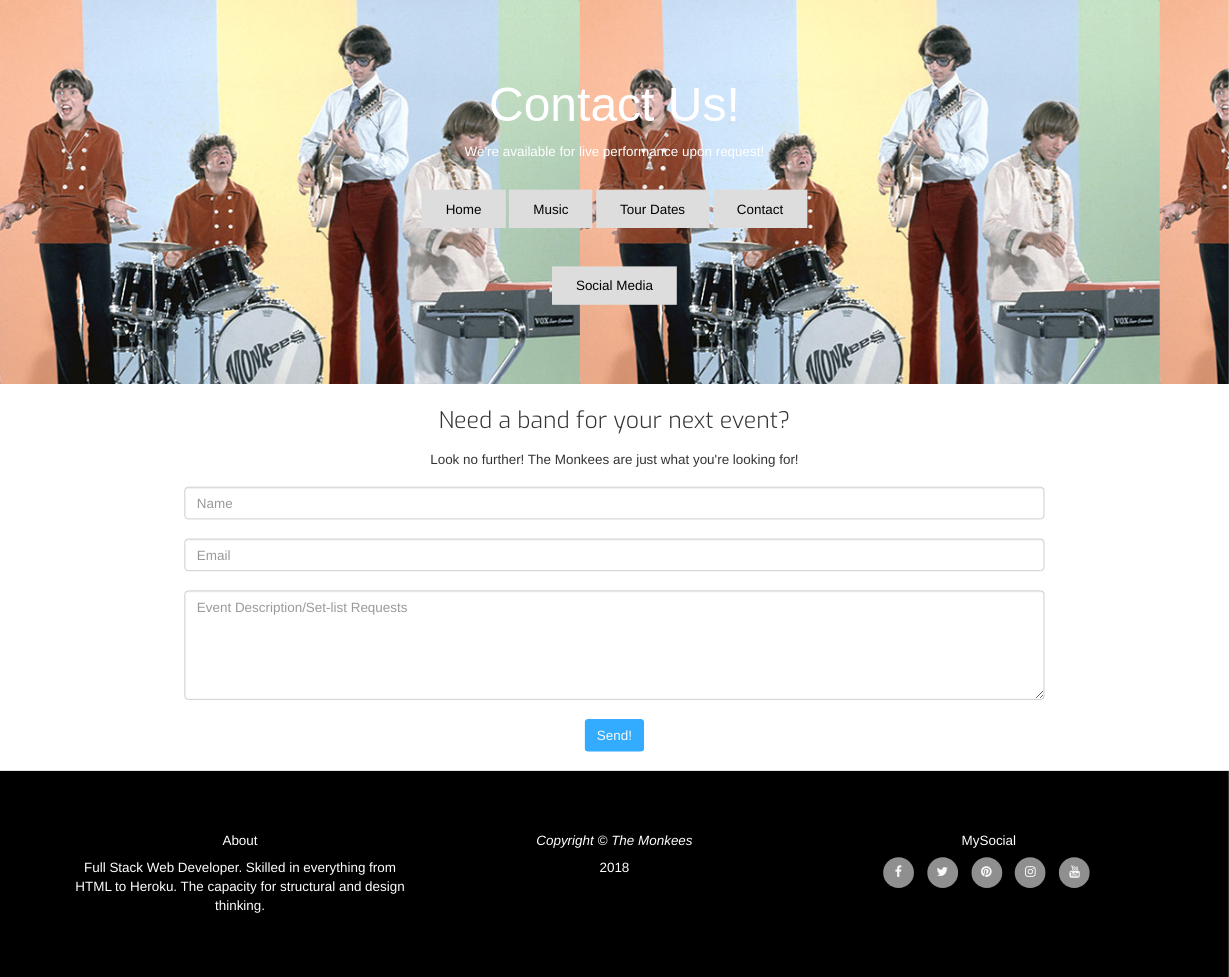
Repository: MartinCurran28/Monkees_Project
Page: Contact.html
The author's editor kept a record of every edit. The page is drawn from the files as they stood at one moment, then again after the next edit.
The browser window is 1280 px wide. The pictures show the whole page, at 96% of full size.
Some web libraries are served in a nearby version.

Above is the page before.

### Contact.html
<!DOCTYPE html>
<html>
    <head>
        <title>The Surfin' Grooves</title>
        <link rel="stylesheet" href="https://maxcdn.bootstrapcdn.com/bootstrap/3.3.7/css/bootstrap.min.css" type="text/css" />
        <link rel="stylesheet" href="https://maxcdn.bootstrapcdn.com/font-awesome/4.7.0/css/font-awesome.min.css" type="text/css" />
        <link rel="stylesheet" href="https://cdnjs.cloudflare.com/ajax/libs/hover.css/2.1.1/css/hover-min.css" type="text/css" />
        <link rel="stylesheet" href="Style.css" type="text/css" />
    </head>

<body>

  <header class="logo">
        <div class="hero-image">
          <div class="hero-text">
            <h1 style="font-size:50px">Contact Us!</h1>
              <p>We're available for live performance upon request!</p>
              <a href="Index.html">
                <button>Home</button>
              </a>
              <a href="Index.html">
                <button>Music</button>
              </a>
              <a href="Index.html">
                <button>Tour Dates</button>
              </a>
              <a href="Index.html">
                <button>Contact</button>
              </a>
              <a href="Social.html">
                  <button>Social Media</button>
              </a>
          </div>
        </div>
  </header>

  <section class="container-fluid">
        <div class="row bg-color-contact">
            <div>
                 <h3 class="contact-heading uppercase text-center">Need a band for your next event?</h3>
                 <h5 class="uppercase text-center">Look no further! The Monkees are just what you're looking for!</h5>
            </div>
            <div class="center-form">
              <form>
                <input type="text" name="name" class="form-control" id="fullname" placeholder="Name" required/>
                <input type="text" name="emailaddress" class="form-control" id="emailaddress" placeholder="Email" required/>
                <textarea rows="5" name="projectsummary" class="form-control" id="projectsummary" placeholder="Event Description/Set-list Requests" required></textarea>
                <button type="submit" class="btn btn-secondary center center-block">Send!</button>
              </form>
        </div>
      </section>
<footer>
  <div id="footer-details" class="row">
            <div class="col-sm-4">
                <h5 class="uppercase general-sub">About</h5>
                <p class="inline-block">
                    Full Stack Web Developer. Skilled in everything from HTML to Heroku.
                    The capacity for structural and design thinking.
                </p>
            </div>
            <div class="col-sm-4">
                <h5 class="uppercase general-sub"><i>Copyright &copy; The Monkees</i></h5>
                <p class="inline-block">2018</p>
            </div>
            <div class="col-sm-4">
                <h5 class="uppercase general-sub">MySocial</h5>
                <p class="inline-block">
                    <ul class="list-inline social-links">
                        <li><a href="https://www.facebook.com/TheMonkees/" target="_blank" href="#"><i class= "fa fa-facebook" aria-hidden="true"></i></a></li>
                        <li><a href="https://twitter.com/themonkees?lang=en" target="_blank" href="#"><i class= "fa fa-twitter" aria-hidden="true"></i></a></li>
                        <li><a href="https://www.pinterest.ie/edwardelricfan/the-monkees/" target="_blank" href="#"><i class= "fa fa-pinterest" aria-hidden="true"></i></a></li>
                        <li><a href="https://www.instagram.com/themonkees/" target="_blank" href="#"><i class= "fa fa-instagram" aria-hidden="true"></i></a></li>
                        <li><a href="https://www.youtube.com/channel/UCv1oY0OLtsEySHeP1TkYNqA" target="_blank" href="#"><i class= "fa fa-youtube" aria-hidden="true"></i></a></li>
                    </ul>
                </p>
            </div>
        </div>
</footer>

### Style.css
@import url('https://fonts.googleapis.com/css?family=Roboto:100,200,300,400,500,600,700|Exo: 100,200,300,400,500,600,700');

/*---------------------------------------------------bg-color------------*/

.bg-color-monkee-history{
    background-color: #33ACFF;
}

.bg-color-tour{
    background-color: #808000;

}

/*---------------------------------------------------Header---------------*/

h1,h2,h3,h4{
    font-family: "cursive", sans-serif;
}

body, html {
    height: 100%;
    margin: 0;
}

.logo{
    background-image:url("fun.jpg");
    background-size: contain;
    position: relative;
    height: 600;
    width 400;
}

.hero-image {
  height: 50%;
  background-position: center;
  background-repeat: no-repeat;
  background-size: cover;
  position: relative;
}

.hero-text {
  text-align: center;
  position: absolute;
  top: 50%;
  left: 50%;
  transform: translate(-50%, -50%);
  color: white;
}

.hero-text button {
  border: none;
  outline: 0;
  display: inline-block;
  padding: 10px 25px;
  color: black;
  background-color: #ddd;
  text-align: center;
  cursor: pointer;
  margin-bottom: 20px;
  margin-top: 20px;
}

.hero-text button:hover {
  background-color: #555;
  color: white;

}

div.container {
    width: 100%;
    border: 1px solid gray;
}

header{
    padding: 200px;
    color: white;
    background-color: black;
    clear: left;
    text-align: center;
}

/*-----------------------------------------------------------------Music Gallery--*/

div.gallery {
    margin: 5px;
    border: 1px solid #ccc;
    float: left;
    width: 180px;
}

div.gallery:hover {
    border: 1px solid #777;
}

div.gallery img {
    width: 100%;
    height: auto;
}

div.desc {
    padding: 15px;
    text-align: center;
}

/*----------------------------------------------------------------------Work History*/

.timeline-item{
    padding: 4em 2em 0em 2em;
    position: relative;
    border-left: 1px solid;
}

.timeline-item p{
    padding:0;
    margin:0;
}

.timeline-item::before{
    content: attr(dates);
    position: absolute;
    left: 2.5em;
    top: 3em;
    display: block;
    font-family: "exo", sans-serif;
    font-weight: 500;
    font-size: .8em;
    padding: 0;
    margin: 0;
}

.timeline-item::after{
    width: 12px;
    height: 12px;
    display: block;
    top: 2.4em;
    position: absolute;
    left: -6px;
    border-radius: 12px;
    content: '';
    background:black;

}

.history-heading{
    color:#;
    margin-bottom: 50px;

}

.history-items{
    margin-bottom: 30px;
}

/*----------------------------------------------------------TourTable-------*/

.center{
    display: block;
    margin-left: auto;
    margin-right: auto
}

table {
    font-family: arial, sans-serif;
    border-collapse: collapse;
    width: 100%;
    margin-top: 20px;
    margin-bottom: 30px;
    margin-left: 20px;
    margin-right: 20px;
}

td, th {
    border: 1px solid #dddddd;
    text-align: left;
    padding: 8px;
}

tr:nth-child(even) {
    background-color: #dddddd;
}

/*----------------------------------------------------------------------Contact*/

.contact-heading{
    font-family: "Exo" ,sans-serif;
    font-weight: 300;
    margin-top: 25px;
    margin-bottom: 20px;


}

.center-form{
    padding-top: 10px;
    margin: 0 auto;
    max-width: 70%;

}

.form-control{
    float: left;
    margin-bottom: 20px;
}

button[type="submit"]{
    margin-top: 15px;
    margin-bottom: 20px;
    background-color: #33ACFF;
    color:#fafafa;
}


/*------------------------------------------------------------MusicPage-------*/

.row-music {
    display: flex;
    flex-wrap: wrap;
}

/* Create two unequal columns that sits next to each other */
/* Sidebar/left column */
.side {
    flex: 30%;
    background-color: #f1f1f1;
    padding: 20px;
}

/* Main column */
.main {
    flex: 70%;
    background-color: white;
    padding: 20px;
}

.fakeimg {
    background-color: #aaa;
    width: 100%;
    padding: 20px;
}

/* Footer */
.footer {
    padding: 20px;
    text-align: center;
    background: #ddd;
}

.iframe{
    margin-left: 50px;
    padding-left: 50px;
}

/* Responsive layout - when the screen is less than 700px wide, make the two columns stack on top of each other instead of next to each other */
@media (max-width: 700px) {
    .row, .navbar {
        flex-direction: column;
    }
}

.image-items{
    padding-top: 50px;
    padding-bottom: 20px;
    margin-left: 40px;
}

.audio{
    padding-top: 10px;
}

.audio-items{
    vertical-align: middle;
    margin-left: 50px;
}

.list-group{
    background-color: hidden;
}

.album-art{
    margin-left: 80px;
}


/*------------------------------------------------------------Article--------*/

article {
    margin-left: 500px;
    border-left: 1px solid gray;
    padding: 1em;
    overflow: hidden;
}

.who-are-we-icon{
    font-size: 26px;
    color: #338DFF;
}

/*------------------------------------------------------------Footer---------*/

footer{
    padding: 35px;
    color: white;
    background-color: black;
    clear: left;
    text-align: center;
}

.social-links{
    padding-bottom: 15px;

}

.social-links li a i{
    width: 32px;
    height: 32px;
    padding: 12px 0;
    border-radius: 50%;
    font-size: 13px;
    line-height: 7px;
    text-align: center;
    color: #fafafa;
    background: #8f8f8f;
    transition: all 0.35s ease-in-out;
    -moz-transition: all 0.35s ease-in-out;
    -webkit-transition: all 0.35s ease-in-out;
    -o-transition: all 0.35s ease-in-out;
}

.social-links fa fa-facebook li a i:hover {

    background:#3B5998;

}

.social-links fa fa-twitter li a i:hover {



    background:#e84610;

}

#footer-details{
    margin: 20px;
}

/*--------------------------------------------------------Media Queries----*/

After the next edit:
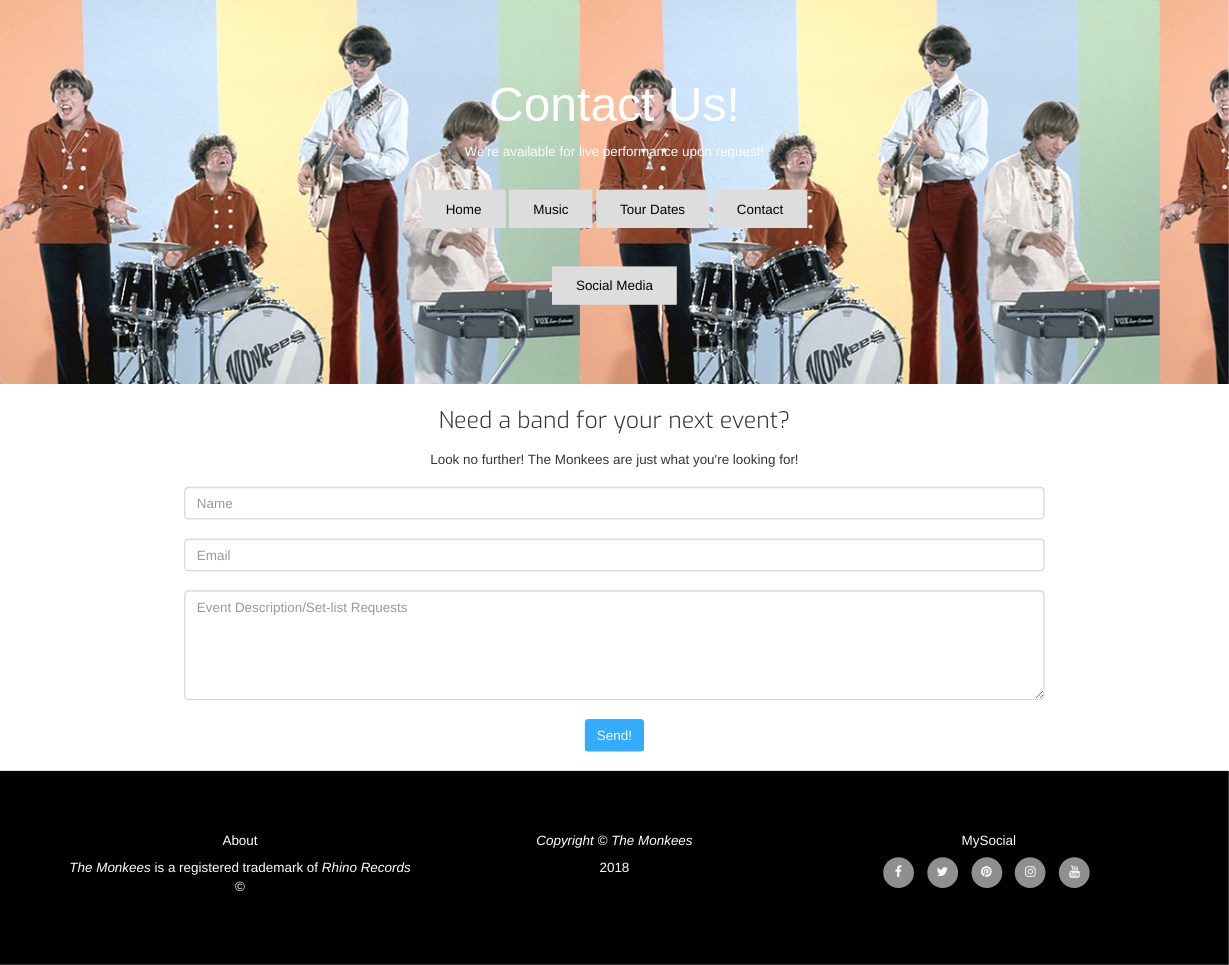
The edit:
--- a/Contact.html
+++ b/Contact.html
@@ -54,8 +54,7 @@
             <div class="col-sm-4">
                 <h5 class="uppercase general-sub">About</h5>
                 <p class="inline-block">
-                    Full Stack Web Developer. Skilled in everything from HTML to Heroku.
-                    The capacity for structural and design thinking.
+                     <i>The Monkees</i> is a registered trademark of <i>Rhino Records</i> &copy;
                 </p>
             </div>
             <div class="col-sm-4">
